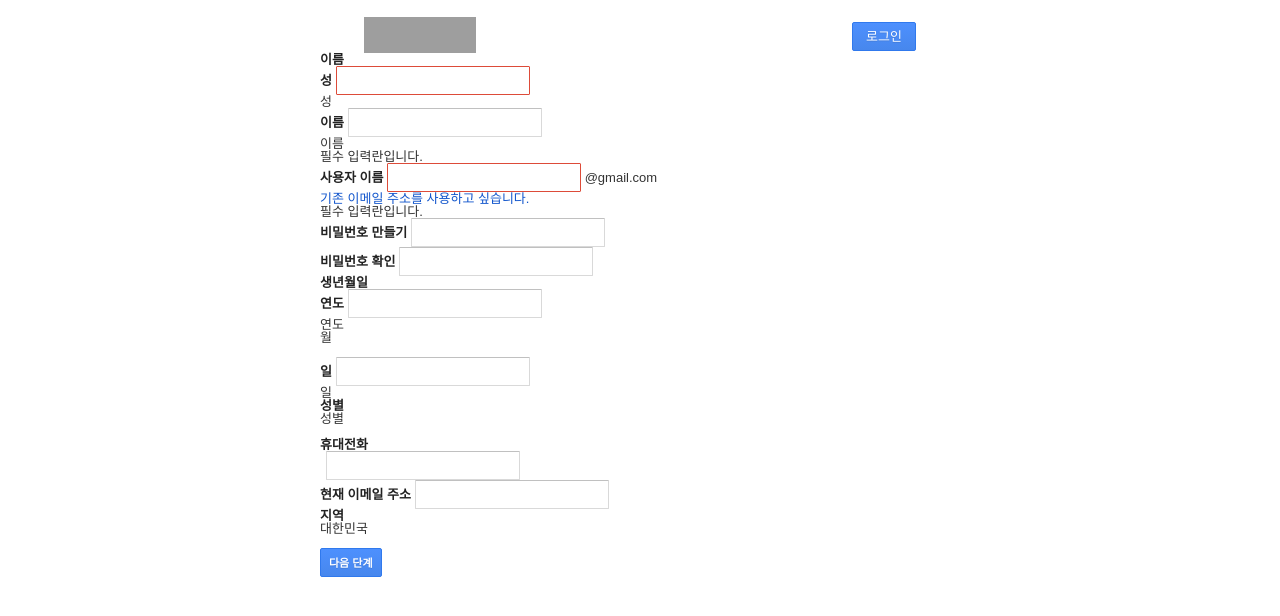
Repository: poomshen/team_03_project2
Page: WebBasic/WebContent/google.html
An editor plug-in stored every save of this project. The page is shown before and after the next save, followed by the edit.
The browser window is 1280 px wide. The pictures show the whole page.
Pictures or frames that could not be fetched are drawn as grey boxes.

Above is the page before, as saved 2016-08-29 07:40:39.

After the next save:
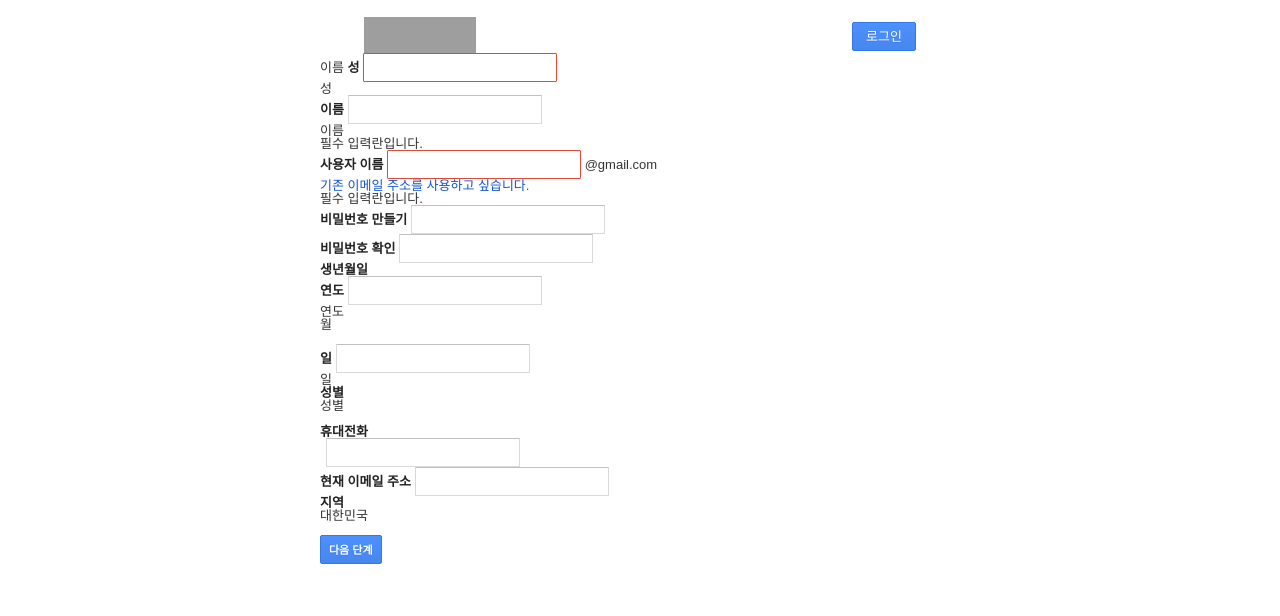
Saved 92 s later.
--- a/WebBasic/WebContent/google.html
+++ b/WebBasic/WebContent/google.html
@@ -604,7 +604,7 @@
   <form class="createaccount-form" id="createaccount" name="createaccount" action="SignUp?dsh=4506577382568902239&amp;service" method="post">
   <div class="form-element multi-field name" id="name-form-element">
   <fieldset>
-  <legend><strong>이름</strong></legend>
+  이름
   <label id="lastname-label" class="lastname">
   <strong>성</strong>
   <input type="text" value="" name="LastName" id="LastName" spellcheck="false" n="1" class=" form-error" aria-invalid="true">
